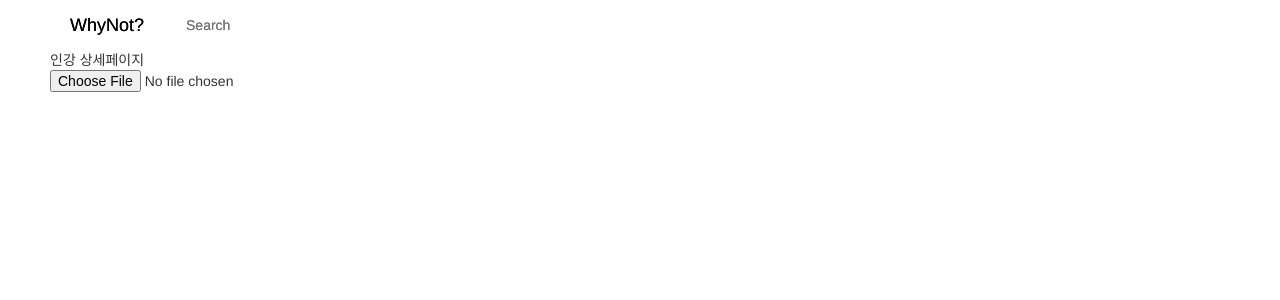
Repository: mychum1/kks
Page: http://localhost/WhyNot/cont_detail.content
An editor plug-in stored every save of this project. The page is shown before and after the next save, followed by the edit.
The browser window is 1280 px wide. The pictures show the whole page.
The page is served by Tomcat 9.

Above is the page before, as saved 2016-09-15 07:10:15.

After the next save:
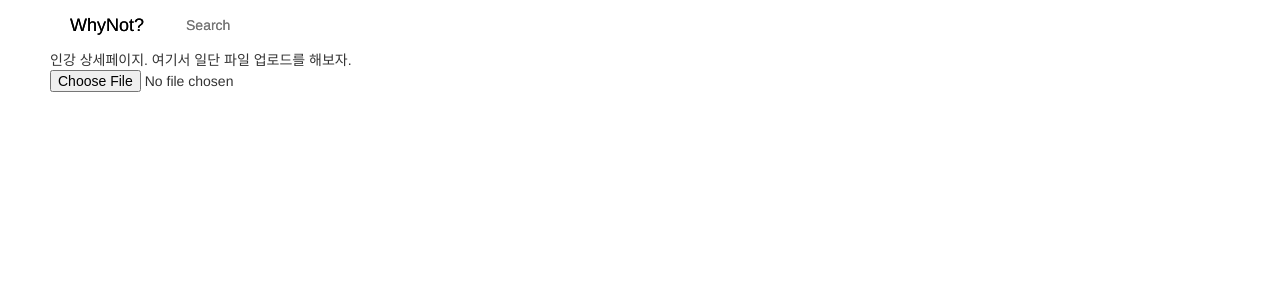
Saved 16 s later.
--- a/WhyNot/WebContent/content/online/cont_detailForm.jsp
+++ b/WhyNot/WebContent/content/online/cont_detailForm.jsp
@@ -6,7 +6,7 @@
 <!-- 경숙이 파트 (인강 상세보기) -->
 <!-- 상단 메뉴바가 css로 인해서 윗부분이 겹쳐서 div로  style="padding: px" 줌 -->
 <div style="padding:50px">
-인강 상세페이지
+인강 상세페이지. 여기서 일단 파일 업로드를 해보자.
 <form name="f" action="insertMovie." method="post" enctype="multipart/form-data" onsubmit="return writeChk()">
 	<input type="file" name="filename" size="15"/>
 </form>
